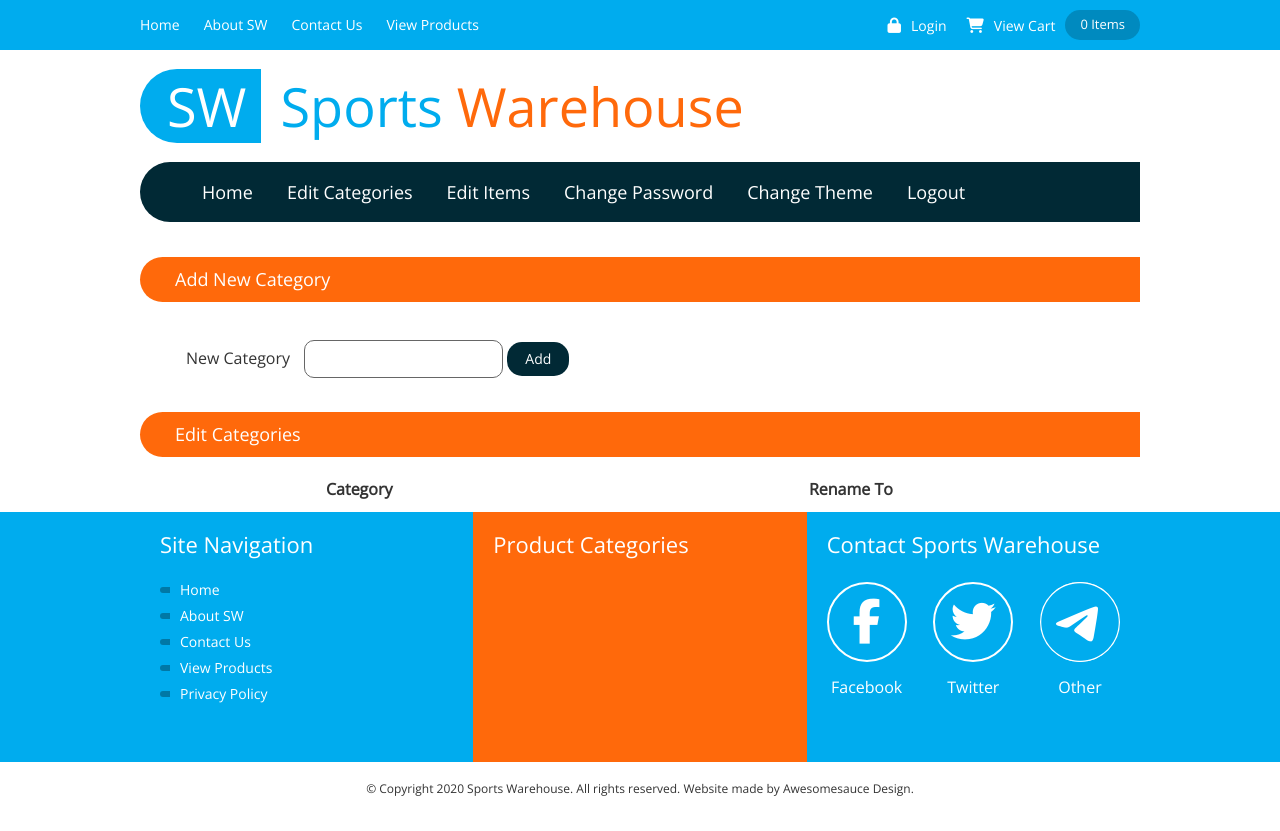
Repository: TonyHoukun-2022/sportswarehouse-php
Page: http://localhost/editCategories.php
The author's editor kept a copy of each file at every save. The page is drawn from the files as they stood at one save, then again after the next save.
The browser window is 1280 px wide. The pictures show the whole page.
Some web libraries are served in a nearby version. The page is run by PHP 8.4 with error messages shown; the project is at /var/www/html/. The session is filled in as if someone had signed in: {"username": "testuser"}. Queries for data that is not in the repository find no rows.

Above is the page before, as saved 2021-11-07 23:32:25.

### editCategories.php
<?php
  require_once "classes/Authentication.php";
  require_once "classes/Category.php";

  $category = new Category();
  $categoryRows = $category->getCategories();

  if(!isset($_SESSION)) {
    session_start();
  }

  $title = "Edit Categories";
  //read stylesheet theme from session
  if(isset($_SESSION["theme"])) {
    $theme = "./styles/" . $_SESSION["theme"] . ".css";
  } else {
    $theme = "./styles/style.css";
  }
  //the authentication class is static so there is no need to create an instance of the class

  $message = "";

  Authentication::protect();

  // insert new category
  // check if addNew button has been pressed
  if(isset($_POST["addNew"])) {
    // check if a category name was supplied
    if(!empty($_POST["newCategory"])) {
      $category->addCategory();
    }
    $message = "Category".$_POST["addNew"]."was added!";
    header("Location:editCategories.php");
  }

  // delete category
  // check if delete button has been pressed
  if(isset($_POST["delete"])) {
    // check if a category id was supplied
    if(isset($_POST["categoryId"])) {
      $category->deleteCategory();
    }
    header("Location:editCategories.php");
  }

  // rename category
  // check if modify button has been pressed
  if(isset($_POST["modify"])) {
    // check if a category id was supplied
    if(isset($_POST["modifyCategory"])) {
      $category->modifyCategory();
    }
    header("Location:editCategories.php");
  }


  // start buffer
  ob_start();

  // display admin content
  include "templates/editCategories.html.php";

  $output = ob_get_clean();

  include "templates/loginLayout.html.php";
?>

### classes/Authentication.php
<?php
  // this class is part of the business layer it uses the DBAccess class
  require_once "DBAccess.php";

  class Authentication {
    // constants hold values that do not change
    const LoginPageURL = "login.php";
    const SuccessPageURL = "adminHome.php";

    private static $_db;

    public static function login($uname, $pword) {
      $hash = "";

      // get database settings
      include "settings/db.php";

      try {
        // create database object, as the class is static we need to use the keyword self instead of this
        self::$_db = new DBAccess($dsn, $username, $password);
      } catch (PDOException $e) {
        die("Unable to connect to database, " . $e->getmessage());
      }

      // check if user exists in database
      try {
        // connect to db
        $pdo = self::$_db->connect();

        // set up SQL and bind parameters
        $sql = "SELECT password FROM user WHERE username = :username";
        $stmt = $pdo->prepare($sql);
        $stmt->bindParam(":username", $uname, PDO::PARAM_STR);

        // execute SQ
        $hash = self::$_db->executeSQLReturnOneValue($stmt);
      } catch (PDOException $e) {
        throw $e;
      }

      if (password_verify($pword, $hash)) {
        // successful password and username match
        $_SESSION["username"] = $uname;

        // redirect the user to the success page
        header("Location: " . self::SuccessPageURL);
        exit;
      } else {
        return false;
      }
    }

    // log user out
    public static function logout() {
      // remove username from the session
      unset($_SESSION["username"]);

      // redirect the user to the login page
      header("Location: " . self::LoginPageURL);
      exit;
    }

    // check if user is logged in
    public static function protect() {
      if(!isset($_SESSION["username"])) {
        // redirect the user to the login page
        header("Location: " . self::LoginPageURL);
        exit;
      }
    }

    // create a new user
    public static function createUser ($uname, $pword) {
      // hash the password
      $hash = password_hash($pword, PASSWORD_DEFAULT);

      // get database settings
      include "settings/db.php";

      try {
        // create database object
        self::$_db = new DBAccess ($dsn, $username, $password);
      } catch (PDOException $e) {
        die("Unable to connect to datase, " . $e->getmessage());
      }

      // add user to database
      try {
        // connect to db
        $pdo = self::$_db->connect();

        // set up SQL and bind params
        $sql = "INSERT INTO user(username, password) VALUES(:username, :password)";
        $stmt = $pdo->prepare($sql);
        $stmt->bindParam(":username", $uname, PDO::PARAM_STR);
        $stmt->bindParam(":password", $hash, PDO::PARAM_STR);

        // execute SQL
        $result = self::$_db->executeNonQuery($stmt);
      } catch (PDOException $e) {
        throw $e;
      }
      return "New user added.";
    }

    // update user password
    public static function updatePassword ($newpword) {
      // hash the password
      $hash = password_hash($newpword, PASSWORD_DEFAULT);

      // get database settings
      include "settings/db.php";

      try {
        // create database object
        self::$_db = new DBAccess ($dsn, $username, $password);
      } catch (PDOException $e) {
        die("Unable to connect to datase, " . $e->getmessage());
      }

      // add user to database
      try {
        // connect to db
        $pdo = self::$_db->connect();

        // set up SQL and bind params
        $sql = "UPDATE user SET password = :newPassword";
        $stmt = $pdo->prepare($sql);
        $stmt->bindParam(":newPassword", $hash, PDO::PARAM_STR);

        // execute SQL
        $result = self::$_db->executeNonQuery($stmt);
      } catch (PDOException $e) {
        throw $e;
      }
      return "Password changed.";
    }
  }
?>

### classes/DBAccess.php
<?php
class DBAccess {
	private $_DSN;
	private $_userName;
	private $_password;
	private $_pdo;

	//set up database connection details
	public function __construct($DSN, $userName, $password) {
		$this->_DSN = $DSN;
		$this->_userName = $userName;
		$this->_password = $password;
	}

	//connect to the database
	public function connect() {
		try {
			$this->_pdo = new PDO($this->_DSN, $this->_userName, $this->_password);
			$this->_pdo->setAttribute(PDO::ATTR_ERRMODE, PDO::ERRMODE_EXCEPTION );
		}
		catch(PDOException $e) {
			die("Connection failed: " . $e->getMessage());
		}
		return $this->_pdo;
	}

	//disconnect from database
	public function disconnect() {
		$this->_pdo = "";
	}

	//execute SQL query returning back rows
	public function executeSQL($stmt) {
		try {
			$stmt->execute();
			$rows = $stmt->fetchAll();
		}
		catch(PDOException $e) {
			die("Query failed: " . $e->getMessage());
		}
		return $rows;
	}

	//return a single value
	public function executeSQLReturnOneValue($stmt) {
		try {
			//execute the query
			$stmt->execute();
			$value = $stmt->fetchColumn();
		}
		catch(PDOException $e) {
			die("Query failed: " . $e->getMessage());
		}
		return $value;
	}

	//execute insert, update and delete statements
	public function executeNonQuery($stmt, $pkid=false) {
		try {
			$value = $stmt->execute();

			//get the primary key ID generated by the DB
			if($pkid == true) {
				$value = $this->_pdo->lastInsertId();
			}
		}
		catch(PDOException $e) {
			die("Query failed: " . $e->getMessage());
		}

		//return the primary key if one was generated otherwise returns true/false
		return $value;
	}
}
?>

### classes/Category.php
<?php
// this class is part of the business layer it used the DBAccess class
require_once "DBAccess.php";

class Category {
  // private properties
  private $_categoryName;
  private $_categoryId;

  // constructor sets up the database settings and creats a DBAccess onject
  public function __construct() {
    // get datbase settings
    include "settings/db.php";

    try {
      // create database object
      $this->_db = new DBAccess ($dsn, $username, $password);
    } catch (PDOException $e) {
      die ("Unable to connect to database, " . $e->getmessage());
    }
  }

  // set and get methods
  // get category name
  public function getCategoryName($categoryId) {
    try {
      // connect to db
      $pdo = $this->_db->connect();

      // set up SQL
      $sql = "SELECT categoryName  FROM category WHERE categoryId = :categoryId";
      $stmt = $pdo->prepare($sql);
      $stmt->bindValue(":categoryId", $categoryId);

      // execuet SQL
      $rows = $this->_db->executeSQL($stmt);

      return $rows;
    } catch (PDOException $e) {
      throw $e;
    }
  }

  // get category id
  // public function getCategoryId() {
  //   try {
  //     // connect to db
  //     $pdo = $this->_db->connect();

  //     // set up SQL
  //     $sql = "SELECT categoryId  FROM category";
  //     $stmt = $pdo->prepare($sql);

  //     // execuet SQL
  //     $rows = $this->_db->executeSQL($stmt);

  //     return $rows;
  //   } catch (PDOException $e) {
  //     throw $e;
  //   }
  // }

  // get all categories
  public function getCategories() {
    try {
      // connect to db
      $pdo = $this->_db->connect();

      // set up SQL
      $sql = "SELECT categoryName, categoryId FROM category";
      $stmt = $pdo->prepare($sql);

      // execuet SQL
      $rows = $this->_db->executeSQL($stmt);

      return $rows;
    } catch (PDOException $e) {
      throw $e;
    }
  }

   // add new category
   public function addCategory() {
    // connect to db
    $pdo = $this->_db->connect();

    // set up SQL
    $sql = "INSERT INTO category (categoryId, categoryName) VALUES(:categoryId, :categorName)";
    $stmt = $pdo->prepare($sql);
    $stmt->bindValue(":categoryId", $_POST["categoryId"], PDO::PARAM_INT);
    $stmt->bindValue(":categorName", $_POST["newCategory"], PDO::PARAM_STR);

    // execuet SQL
    $message = "New category was added.";
  }

  // delete category
  public function deleteCategory() {
    // connect to db
    $pdo = $this->_db->connect();

    // set up SQL
    $sql = "DELETE FROM category WHERE categoryId = :categoryId";
    $stmt = $pdo->prepare($sql);
    $stmt->bindValue(":categoryId", $_POST["categoryId"], PDO::PARAM_INT);

    // execuet SQL
    $this->_db->executeNonQuery($stmt, true);
    $message = "Category was deleted.";
  }

  // modify category
  public function modifyCategory() {
    // connect to db
    $pdo = $this->_db->connect();

    // set up SQL
    $sql = "UPDATE category SET categoryName = :categoryName WHERE categoryId = :categoryId";
    $stmt = $pdo->prepare($sql);
    $stmt->bindValue(":categoryId", $_POST["categoryId"], PDO::PARAM_INT);
    $stmt->bindValue(":categoryName", $_POST["modifyCategory"], PDO::PARAM_STR);

    // execuet SQL
    $this->_db->executeNonQuery($stmt, true);
    $message = "Category was renamed.";
  }
}
?>

### settings/db.php
<?php
  //this file contains the database settings for the application
  //it detects if the application is running locally or on a remote server
  //the correct database settings are set
  //this file needs to be included in all the files that connect to the database

  //check if script is running locally
  if(  $_SERVER["SERVER_NAME"] ==   "localhost" || $_SERVER["SERVER_ADDR"] ==   "127.0.0.1"){
    //website is running unser locahost - use local DB details
      $dsn = "mysql:host=localhost;dbname=sportswarehouse;charset=utf8";
      $username = "root";
      $password = "";
      } else {
        //website is running on the remote server
        $dsn = "mysql:host=localhost;dbname=hornsbytafetest_magenta02;charset=utf8";
        $username = "hornsbytafetest_magenta02";
        $password = "phone@95#";
      }
?>

### templates/editCategories.html.php
<div class="section-heading-container">
  <h2 class="section-heading">Add New Category</h2>
</div>

<form action="editCategories.php" method="POST">
  <p>
    <span>
      <label for="newCategory">New Category</label>
    </span>
    <span>
      <input type="text" id="newCategory" name="newCategory" required>
    </span>
    <span>
      <input class="edit-category" type="submit" name="addNew" value="Add">
    </span>
  </p>
  <p><?= $message ?></p>
</form>

<div class="section-heading-container">
  <h2 class="section-heading"><?= $title ?></h2>
</div>

<table>
  <tr>
    <th>Category</th>
    <th>Rename To</th>
    <th></th>
  </tr>

  <?php foreach ($categoryRows as $row):
    $categoryName = $row["categoryName"];
    $categoryId = $row["categoryId"];
    ?>

    <tr>
      <td><?= $categoryName ?></td>
      <form action="editCategories.php" method="POST">
        <td>
          <input type="text" id="modifyCategory" name="modifyCategory">
        </td>
        <td>
          <input class="edit-category" type="submit" name="modify" value="Modify">
          <input type="submit" name="delete" value="Delete">
          <input type="hidden" name="categoryId" value="<?= $categoryId ?>" >
        </td>
      </form>

    </tr>
  <?php endforeach; ?>
</table>

### templates/loginLayout.html.php
<!DOCTYPE html>
<html lang="en">
<head>
  <meta charset="UTF-8">
  <meta name="viewport" content="width=device-width, initial-scale=1.0">
  <link href="https://fonts.googleapis.com/css2?family=Open+Sans:wght@300;400&display=swap" rel="stylesheet">
  <link rel="stylesheet" type="text/css" href="<?= $theme ?>">
  <title><?= $title ?></title>
</head>

<body>
  <div class="site-wrapper">
    <header class="header-wrapper">
      <div class="top-menu-wrapper">
        <div class="top-menu">
          <!-- Mobile Cart & Login Buttons -->
          <div class="mobile mobile-menu-container">
            <button id="menu-toggle" class="mobile">
              <i class="fas fa-bars"></i>Menu
            </button>
            <a class="mobile-cart-link" href="viewCart.php">
              <button id="mobile-cart" class="mobile">
                <i class="fas fa-shopping-cart"></i>View Cart
              </button>
            </a>
            <div class="mobile cart-items">
              <p>0 Items</p>
            </div>
          </div>

          <!-- Navigation Links -->
          <nav class="menu">
            <a href="login.php">
              <button id="mobile-login" class="mobile">
                <i class="fas fa-lock"></i>Login
              </button>
            </a>
            <ul class="links">
              <li class="link">
                <a href="landing.php"><i class="far fa-circle"></i>Home</a>
              </li>
              <li class="link">
                <a href="#!"><i class="far fa-circle"></i>About SW</a>
              </li>
              <li class="link">
                <a href="contact.php"><i class="far fa-circle"></i>Contact Us</a>
              </li>
              <li class="link">
                <a href="viewProducts.php"><i class="far fa-circle"></i>View Products</a>
              </li>
            </ul>
          </nav>

          <!-- Desktop Cart & Login Buttons -->
          <a class="desktop-login-link" href="admin-home.php">
            <button id="desktop-login" class="desktop">
              <i class="fas fa-lock"></i>Login
            </button>
          </a>
          <a href="viewCart.php">
            <button id="desktop-cart" class="desktop">
              <i class="fas fa-shopping-cart"></i>View Cart
            </button>
          </a>
          <div class="desktop cart-items">
            <p>0 Items</p>
          </div>
        </div>
      </div>

      <!-- Logo -->
      <div class="logo-and-search">
        <a href="landing.php">
          <h1>
            <span class="semi-circle">SW </span>Sports <span class="special">Warehouse</span>
          </h1>
        </a>
      </div>
    </header>

    <nav class="categories-menu">
      <ul class="categories">
        <?php if (isset($_SESSION["username"])): ?>
          <li class="category"><a href="adminHome.php">Home</a></li>
          <li class="category"><a href="editCategories.php">Edit Categories</a></li>
          <li class="category"><a href="editItems.php">Edit Items</a></li>
          <li class="category"><a href="updatePassword.php">Change Password</a></li>
          <li class="category"><a href="changeTheme.php">Change Theme</a></li>
          <li class="category"><a href="logout.php">Logout</a></li>
        <?php endif; ?>
        <?php if (!isset($_SESSION["username"])): ?>
          <li class="category"><a href="createUser.php">Create User</a></li>
          <li class="category"><a href="adminHome.php">Login</a></li>
        <?php endif; ?>
      </ul>
    </nav>

    <main class="login-pages-wrapper">
      <?= $output ?>
    </main>

    <footer>
      <div class="footer-wrapper-container">
        <div class="footer-wrapper">
          <section class="footer-navigation-container">
            <h3>Site Navigation</h3>
            <ul class="footer-navigation">
              <li><a href="landing.php">Home</a></li>
              <li><a href="#!">About SW</a></li>
              <li><a href="contact.php">Contact Us</a></li>
              <li><a href="viewProducts.php">View Products</a></li>
              <li><a href="privacyPolicy.php">Privacy Policy</a></li>
            </ul>
          </section>

          <section class="footer-categories-menu desktop">
            <h3>Product Categories</h3>
              <ul class="footer-categories">
                <?php foreach ($categoryRows as $row):
                $categoryName = $row["categoryName"];
                $categoryId = $row["categoryId"];
                ?>
                <li class="footer-category">
                  <a href="browseCategory.php?=<?= $categoryId ?>"><?= $categoryName ?></a>
                </li>
                <?php endforeach; ?>
              </ul>
          </section>

          <section class="footer-external-links">
            <h3>Contact Sports Warehouse</h3>
            <div class="external-links">
              <div class="facebook-container">
                <a href="https://www.facebook.com/" target="_blank">
                  <i class="fa fa-facebook" aria-hidden="true"></i>
                </a>
                <p>Facebook</p>
              </div>
              <div class="twitter-container">
                <a href="https://twitter.com/?lang=en" target="_blank">
                  <i class="fa fa-twitter" aria-hidden="true"></i>
                </a>
                <p>Twitter</p>
              </div>
              <div class="other-container">
                <a href="https://www.google.com/" target="_blank">
                  <i class="fa fa-telegram" aria-hidden="true"></i>
                </a>
                <p>Other</p>
              </div>
            </div>
          </section>
        </div>
      </div>

      <div class="copyright">
        <p>&copy; Copyright 2020 Sports Warehouse.</p>
        <p>All rights reserved.</p>
        <p>Website made by Awesomesauce Design.</p>
      </div>
    </footer>
  </div>
<script
src="https://code.jquery.com/jquery-3.5.1.min.js"
integrity="sha256-9/aliU8dGd2tb6OSsuzixeV4y/faTqgFtohetphbbj0="
crossorigin="anonymous">
</script>
<script src="./plugins/jquery.bxslider/jquery.bxslider.min.js"></script>
<script src="./scripts/app.js"></script>
<script src="https://kit.fontawesome.com/5888dd2011.js" crossorigin="anonymous"></script>
</body>
</html>

Loaded but not shown: plugins/jquery.bxslider/jquery.bxslider.min.js (library); scripts/app.js (179 lines, source omitted); styles/style.css (1052 lines, source omitted)

After the next save:
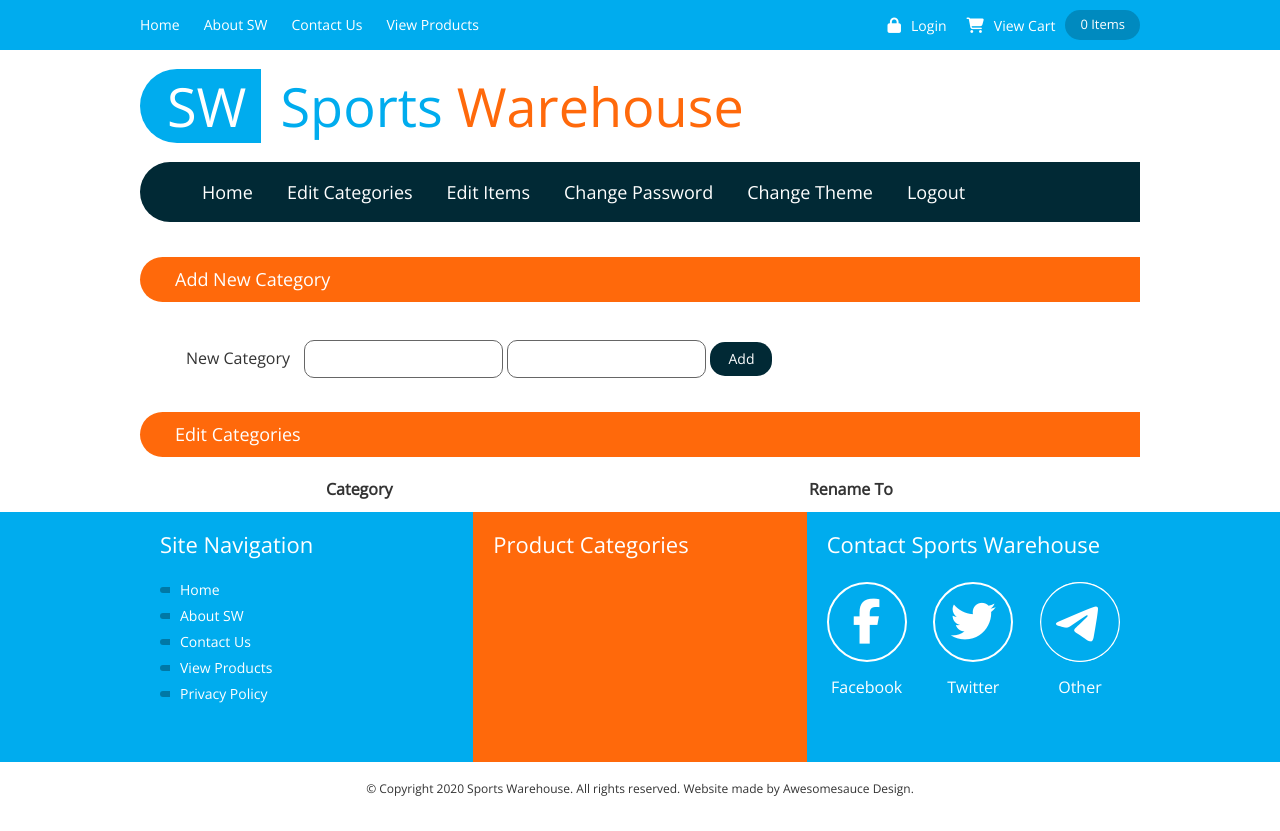
Saved 99 s later.
--- a/templates/editCategories.html.php
+++ b/templates/editCategories.html.php
@@ -6,6 +6,9 @@
   <p>
     <span>
       <label for="newCategory">New Category</label>
+    </span>
+    <span>
+      <input type="text" id="newCategoryId" name="newCategoryId" required>
     </span>
     <span>
       <input type="text" id="newCategory" name="newCategory" required>
